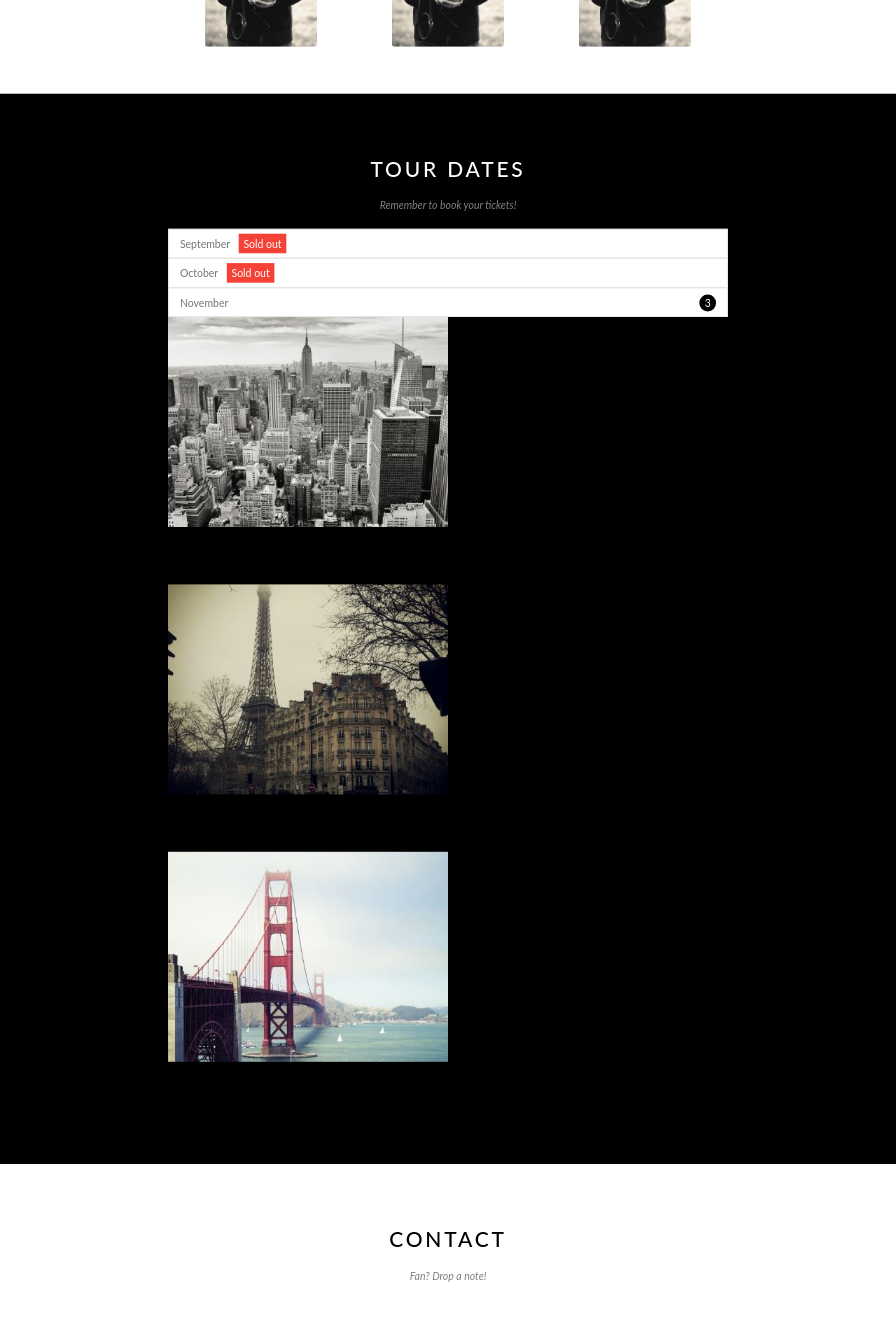
Repository: tatvanhco/web-dau-tay
Page: index.html
These files come from the project's save history. The page is drawn as it stood at one moment and after the next save; the edit follows.
The browser window is 1280 px wide. The pictures show the part of the page from y = 1237 to 3157 px (the page is 3157 px tall before and 3016 px after), at 70% of full size.

Above is the page before, as saved 2022-01-23 20:05:02.

### index.html
<!DOCTYPE html>
<html lang="en">
<head>
    <meta charset="UTF-8">
    <!-- <meta http-equiv="X-UA-Compatible" content="IE=edge"> -->
    <meta name="viewport" content="width=device-width, initial-scale=1.0">
    <title>the band</title>
    <link rel="shortcut icon" href="./assets/img/band/logo.png" type="image/x-icon">
    <link rel="stylesheet" href="./assets/fronts/themify-icons/themify-icons.css">
    <link rel="stylesheet" href="./assets/css/style.css">
    <link rel="stylesheet" href="./assets/css/responsive.css">
</head>
<body>
    <div id="main">
        <div id="header">
            <ul id="nav">
                <li><a href="#">home</a></li>
                <li><a href="#">band</a></li>
                <li><a href="#">tour</a></li>
                <li><a href="#">contact</a></li>
                <li>
                    <a href="#">more
                        <i class="drop-down ti-angle-down"></i>
                    </a>
                    <div class="subnav">
                        <ul>
                            <li><a href="">Merchandise</a></li>
                            <li><a href="">Extras</a></li>
                            <li><a href="">Media</a></li>
                        </ul>
                    </div>
                </li>
            </ul>
            <div class="search-btn">
                <i class="search-icon ti-search"></i>
            </div>
        </div>
        <div id="slide">
            <div class="text-content">
                <h2 class="text-heading">Chicago</h2>
                <div class="text-desc">Thank you, Chicago - A night we won't forget.</div>
            </div>
        </div>
        <div id="content">
            <div class="content-section">
                <h2 class="section-heading">THE BAND</h2>
                <p class="section-sub-heading">We love music</p>
                <p class="about">
                    We have created a fictional band website. Lorem ipsum dolor sit amet, consectetur adipiscing elit, sed do eiusmod tempor incididunt ut labore et dolore magna aliqua. Ut enim ad minim veniam, quis nostrud exercitation ullamco laboris nisi ut aliquip ex ea commodo consequat. Duis aute irure dolor in reprehenderit in voluptate velit esse cillum dolore eu fugiat nulla pariatur. Excepteur sint occaecat cupidatat non proident, sunt in culpa qui officia deserunt mollit anim id est laborum consectetur adipiscing elit, sed do eiusmod tempor incididunt ut labore et dolore magna aliqua. Ut enim ad minim veniam, quis nostrud exercitation ullamco laboris nisi ut aliquip ex ea commodo consequat.
                </p>
                <div class="team">
                    <div class="team-list">
                        <p class="team-name">Name</p>
                        <img src="./assets/img/band/member.jpg" >
                    </div>

                    <div class="team-list">
                        <p class="team-name">Name</p>
                        <img src="./assets/img/band/member.jpg" >
                    </div>

                    <div class="team-list">
                        <p class="team-name">Name</p>
                        <img src="./assets/img/band/member.jpg" >
                    </div>
                </div>
                <div class="clear"></div>
            </div>

            <div class="tour-section">
                <div class="content-section">
                    <h2 class="text-white section-heading">TOUR DATES</h2>
                    <p class="text-white section-sub-heading">Remember to book your tickets!</p>
                    <ul class="ticket-list">
                        <li>September<span class="soldout">Sold out</span></li>
                        <li>October<span class="soldout">Sold out</span></li>
                        <li>November<span class="quatity">3</span></li>
                    </ul>
                    <div class="place-list">
                        <img src="./assets/img/places/place1.jpg">
                        <div class="place-item">
                            <h3 class="place-heading">New York</h3>
                            <p class="place-time">Fri 27 Nov 2016</p>
                            <p class="place-desc">Praesent tincidunt sed tellus ut rutrum sed vitae justo.</p>
                            <a class="place-buy-btn">Buy Tickets</a>
                        </div>
                    </div>
                    <div class="place-list">
                        <img src="./assets/img/places/place2.jpg">
                        <div class="place-item">
                            <h3 class="place-heading">Paris</h3>
                            <p class="place-time">Sat 28 Nov 2016</p>
                            <p class="place-desc">Praesent tincidunt sed tellus ut rutrum sed vitae justo.</p>
                            <a class="place-buy-btn">Buy Tickets</a>
                        </div>
                    </div>
                    <div class="place-list">
                        <img src="./assets/img/places/place3.jpg">
                        <div class="place-item">
                            <h3 class="place-heading">San Francisco</h3>
                            <p class="place-time">Sun 29 Nov 2016</p>
                            <p class="place-desc">Praesent tincidunt sed tellus ut rutrum sed vitae justo.</p>
                            <a class="place-buy-btn">Buy Tickets</a>
                        </div>
                    </div>
                </div>
                <div class="clear"></div>
            </div>

            <div class="content-section">
                <h2 class="section-heading">CONTACT</h2>
                <p class="section-sub-heading">Fan? Drop a note!</p>
            </div>

        </div>

        <div id="footer">

        </div>
    </div>
</body>
</html>

### assets/css/style.css
* {
    margin: 0;
    padding: 0;
    box-sizing: border-box;
}

body {
    font-family: "Lato", sans-serif;
}

.clear {
    clear: both;
}

.text-white {
    color: #fff !important;
}

#header {
    width: 100%;
    height: 46px;
    background-color: #000;
    position: fixed;
    top: 0;
    left: 0;
    right: 0;
    z-index: 1;
}
#nav {
    display: inline-block;
}

#nav > li {
    display: inline-block;
}

#nav li {
    position: relative;
    list-style-type: none;
}

#nav > li > a {
    color: #fff;
    text-transform: uppercase;
}

#nav li a {
    text-decoration: none;
    padding: 0 24px;
    line-height: 46px;
    display: block;

}

#nav li:hover .subnav {
    display: block;
}

#nav .subnav li:hover a,
#nav > li:hover > a {
    background-color: #ccc;
    color: #000;
}

#nav .subnav {
    display: none;
    min-width: 160px;
    position: absolute;
    top: 100%;
    left: 0;
    background-color: #fff;
    box-shadow: 0 0 10px rgba(0, 0, 0, 0.3);
}

#nav .subnav a {
    color: #000;
    padding: 0px 24px;
    line-height: 38px;
}

#header .search-btn {
    float: right;
    padding: 0 22px;
    cursor: pointer;
}

#header .search-btn:hover {
    background-color: #f44336;
}

#header .search-icon {
    color: #fff;
    font-size: 20px;
    line-height: 46px;
}

#slide {
    position: relative;
    margin-top: 46px;
    padding-top: 50%;
    background: url(/assets/img/slider/chicago.jpg) top center / cover no-repeat;
}

#slide .text-content {
    color: #fff;
    position: absolute;
    bottom: 47px;
    /* cách canh giữa
    left: 50%;
    transform: translateX(-50%); */
    width: 100%;
    text-align: center;
}

#slide .text-heading {
    font-weight: 500;
    font-size: 24px;
}

#slide .text-desc {
    font-weight: 600;
    margin-top: 25px;
    font-size: 15px;
}

#content {

}

#content .content-section {
    max-width: 800px;
    margin-left: auto;
    margin-right: auto;
    padding: 64px 0;
}

#content .section-heading,
#content .section-sub-heading {
    text-align: center;
    margin: 25px 0;
}

#content .section-heading {
    font-size: 30px;
    font-weight: 500;
    letter-spacing: 4px;
}

#content .section-sub-heading {
    font-size: 15px;
    opacity: 0.5;
    font-style: italic;
}

#content .about {
    text-align: justify;
    line-height: 1.5;
}

#content .team {
    margin-top: 48px;
}

#content .team-name {
    margin: 15px 0;
}

#content .team-list {
    float: left;
    width: 33.33333%;
    text-align: center;
}

#content .team-list img {
    width: 60%;
    border-radius: 4px;
    text-align: center;
}

.tour-section {
    background-color: #000;
}

.ticket-list {
    background-color: #fff;
}

.ticket-list li {
    color: #757575;
    list-style-type: none;
    font-size: 15px;
    border: 1px solid #ddd;
    padding: 11px 16px;
}

.ticket-list .soldout {
    color: #fff;
    margin-left: 12px;
    padding: 5px 7px;
    background-color: #f44336;
}

.ticket-list .quatity {
    float: right;
    width: 24px;
    height: 24px;
    border-radius: 50%;
    background-color: #000;
    color: #fff;
    text-align: center;
    line-height: 24px;
    margin-top: -2px;
}

.place-list {

}

.place-item {

}

.place-heading {

}

.place-time {

}

.place-desc {

}

.place-buy-btn {

}

Loaded but not shown: assets/fronts/themify-icons/themify-icons.css (common file); assets/css/responsive.css (no copy from this time; the picture is the same without it)

After the next save:
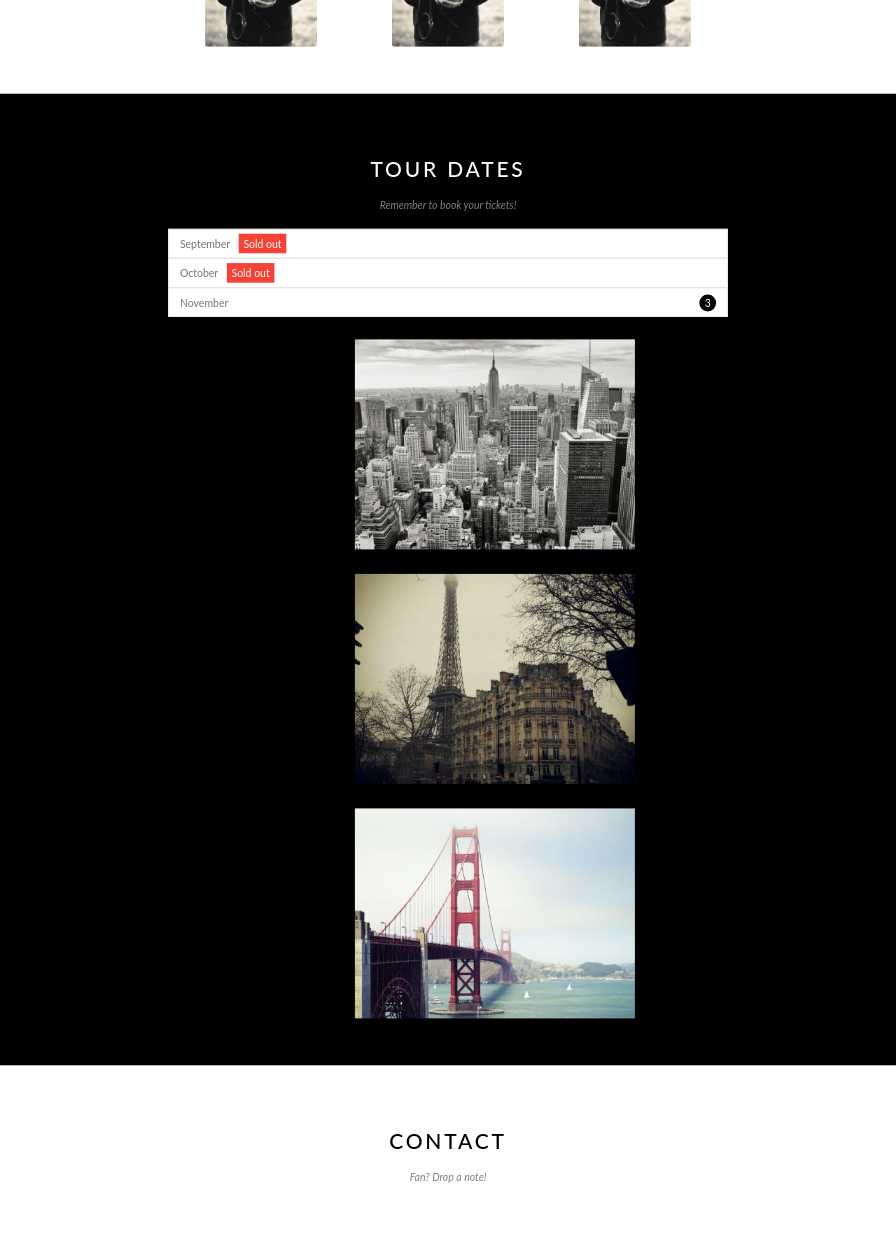
Saved 55 s later.
--- a/assets/css/style.css
+++ b/assets/css/style.css
@@ -213,11 +213,12 @@
 }
 
 .place-list {
-
+    margin-top: 32px;
 }
 
 .place-item {
-
+    float: left;
+    width: 33.33333%;
 }
 
 .place-heading {
